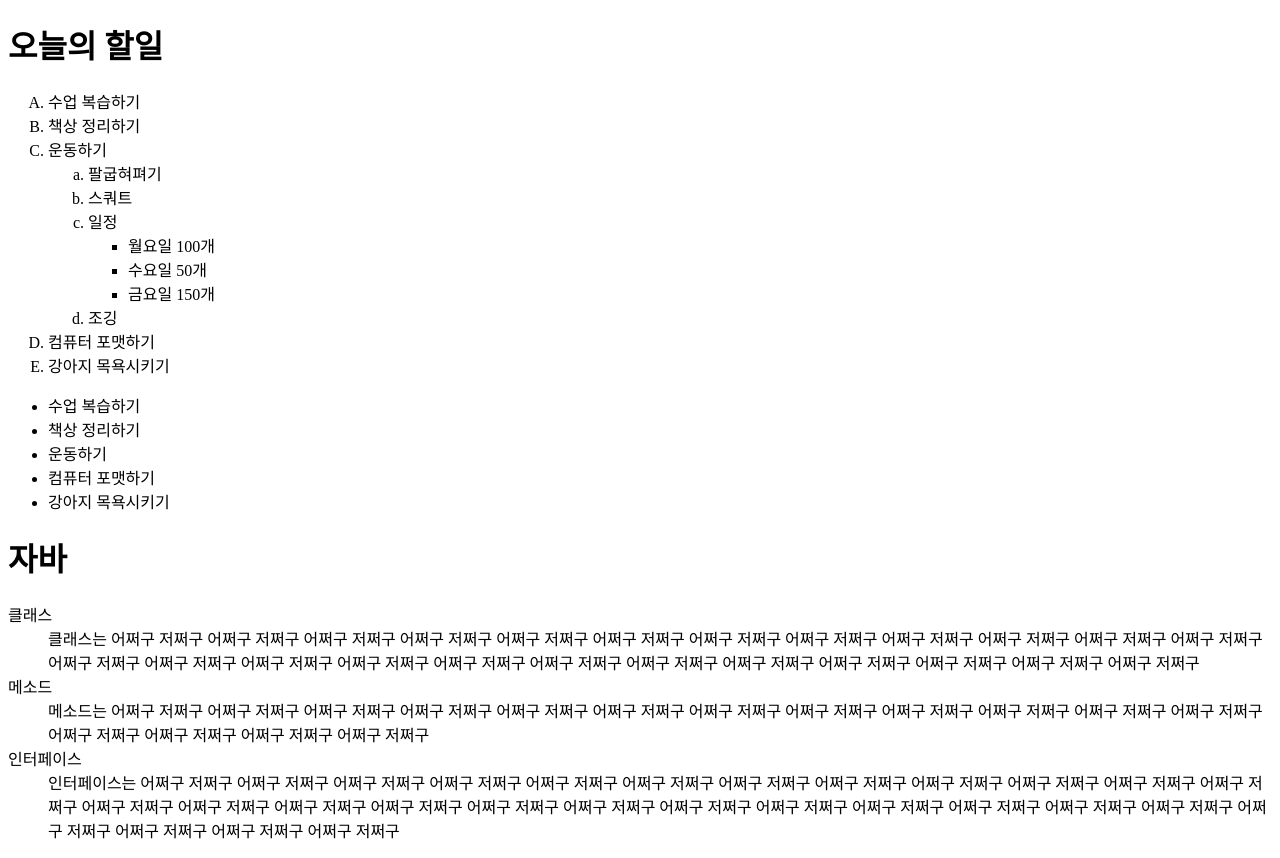
Repository: chanjin5212/Full-Stack-study
Page: client/ClientTest/src/main/webapp/html/ex10_list.html
An editor plug-in stored every save of this project. The page is shown before and after the next save, followed by the edit.
The browser window is 1280 px wide. The pictures show the whole page.

Above is the page before, as saved 2022-05-24 01:43:35.

### client/ClientTest/src/main/webapp/html/ex10_list.html
<!DOCTYPE html>
<html>
<head>
<meta charset="UTF-8">
<title>Insert title here</title>
</head>
<body>
	<!-- ex10_list.html -->

	<!--

		List, 목록
		1. 순서가 있는 목록
			- <ol> + <li>
			- Ordered List
			- List Item

		2. 순서가 없는 목록
			- <ul> + <li>
			- Unordered List
			- List Item

		3. 용어 정의 목록
			- <dl> + <dt> + <dd>
			- Definition List
			- Definition Term
			- Definition Description

	 -->
	 <h1>오늘의 할일</h1>
	 <ol type="A">
	 	<li>수업 복습하기</li>
	 	<li>책상 정리하기</li>
	 	<li>
	 		운동하기
	 		<ol type = "a">
	 			<li>팔굽혀펴기</li>
	 			<li>스쿼트</li>
	 			<li>
	 				일정
	 				<ul>
	 					<li>월요일 100개</li>
	 					<li>수요일 50개</li>
	 					<li>금요일 150개</li>
	 				</ul>
	 			</li>
	 			<li>조깅</li>
	 		</ol>
	 	</li>
	 	<li>컴퓨터 포맷하기</li>
	 	<li>강아지 목욕시키기</li>
	 </ol>

	 <ul>
	 	<li>수업 복습하기</li>
	 	<li>책상 정리하기</li>
	 	<li>운동하기</li>
	 	<li>컴퓨터 포맷하기</li>
	 	<li>강아지 목욕시키기</li>
	 </ul>

	 <h1>자바</h1>

	 <dl>
	 	<dt>클래스</dt>
	 	<dd>클래스는 어쩌구 저쩌구 어쩌구 저쩌구 어쩌구 저쩌구 어쩌구 저쩌구 어쩌구 저쩌구 어쩌구 저쩌구 어쩌구 저쩌구 어쩌구 저쩌구 어쩌구 저쩌구 어쩌구 저쩌구 어쩌구 저쩌구 어쩌구 저쩌구 어쩌구 저쩌구 어쩌구 저쩌구 어쩌구 저쩌구 어쩌구 저쩌구 어쩌구 저쩌구 어쩌구 저쩌구 어쩌구 저쩌구 어쩌구 저쩌구 어쩌구 저쩌구 어쩌구 저쩌구 어쩌구 저쩌구 어쩌구 저쩌구 </dd>
	 	<dt>메소드</dt>
	 	<dd>메소드는 어쩌구 저쩌구 어쩌구 저쩌구 어쩌구 저쩌구 어쩌구 저쩌구 어쩌구 저쩌구 어쩌구 저쩌구 어쩌구 저쩌구 어쩌구 저쩌구 어쩌구 저쩌구 어쩌구 저쩌구 어쩌구 저쩌구 어쩌구 저쩌구 어쩌구 저쩌구 어쩌구 저쩌구 어쩌구 저쩌구 어쩌구 저쩌구 </dd>
	 	<dt>인터페이스</dt>
	 	<dd>인터페이스는 어쩌구 저쩌구 어쩌구 저쩌구 어쩌구 저쩌구 어쩌구 저쩌구 어쩌구 저쩌구 어쩌구 저쩌구 어쩌구 저쩌구 어쩌구 저쩌구 어쩌구 저쩌구 어쩌구 저쩌구 어쩌구 저쩌구 어쩌구 저쩌구 어쩌구 저쩌구 어쩌구 저쩌구 어쩌구 저쩌구 어쩌구 저쩌구 어쩌구 저쩌구 어쩌구 저쩌구 어쩌구 저쩌구 어쩌구 저쩌구 어쩌구 저쩌구 어쩌구 저쩌구 어쩌구 저쩌구 어쩌구 저쩌구 어쩌구 저쩌구 어쩌구 저쩌구 어쩌구 저쩌구 어쩌구 저쩌구 </dd>

	 </dl>

</body>
</html>

After the next save:
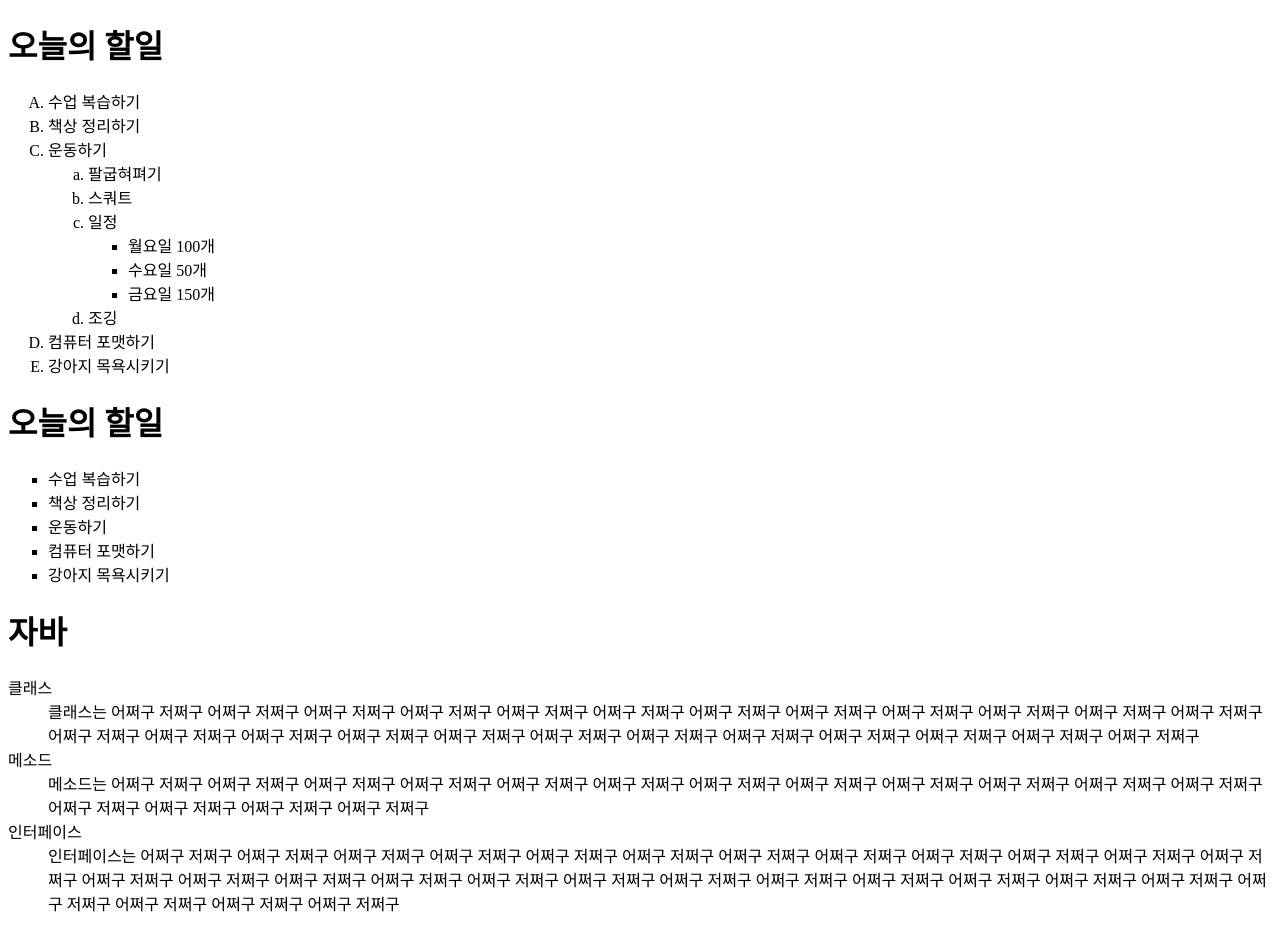
Saved 2 min 49 s later.
--- a/client/ClientTest/src/main/webapp/html/ex10_list.html
+++ b/client/ClientTest/src/main/webapp/html/ex10_list.html
@@ -51,7 +51,9 @@
 	 	<li>강아지 목욕시키기</li>
 	 </ol>
 
-	 <ul>
+	 <h1>오늘의 할일</h1>
+	 <!-- 불릿(Bullet) -->
+	 <ul type="square">
 	 	<li>수업 복습하기</li>
 	 	<li>책상 정리하기</li>
 	 	<li>운동하기</li>
